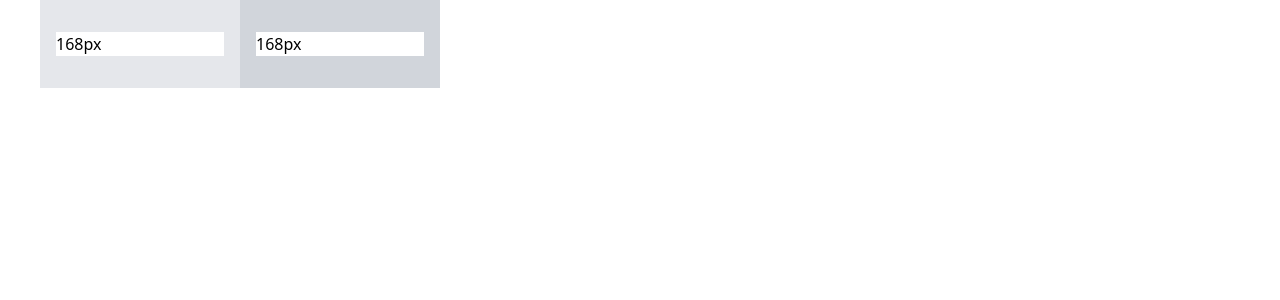
Repository: fabianwurk/vue-tailwind
Page: /
An editor plug-in stored every save of this project. The page is shown before and after the next save, followed by the edit.
The browser window is 1280 px wide. The pictures show the whole page.
The project was rebuilt for these pictures with package versions that can differ from the ones it lists, and the page was loaded fresh each time. Also part of the build but not shown: vite.config.js.

Above is the page before, as saved 2021-03-15 23:03:15.

After the next save:
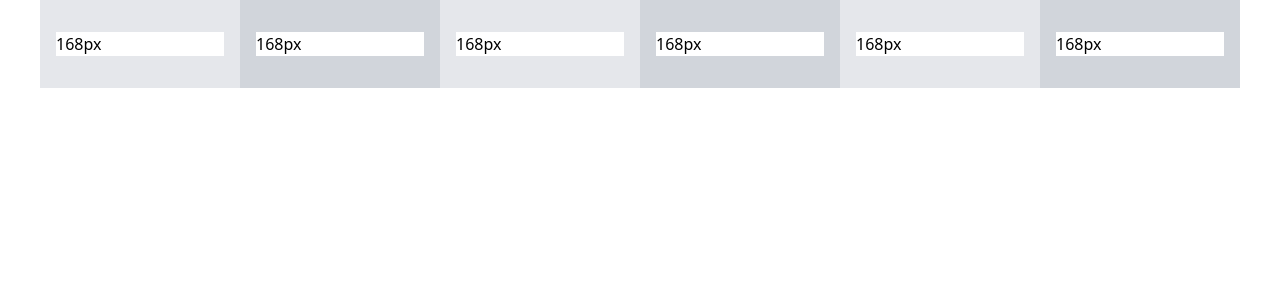
Saved 12 s later.
--- a/src/components/Tail.vue
+++ b/src/components/Tail.vue
@@ -1,6 +1,18 @@
 <template>
   <div class="container mx-auto">
     <div class="flex items-center">
+    <div class="w-1/6 bg-gray-200 py-8 px-4">
+      <span class="bg-white w-full block">168px</span>
+    </div>
+    <div class="w-1/6 bg-gray-300 py-8 px-4">
+      <span class="bg-white w-full block">168px</span>
+    </div>
+    <div class="w-1/6 bg-gray-200 py-8 px-4">
+      <span class="bg-white w-full block">168px</span>
+    </div>
+    <div class="w-1/6 bg-gray-300 py-8 px-4">
+      <span class="bg-white w-full block">168px</span>
+    </div>
     <div class="w-1/6 bg-gray-200 py-8 px-4">
       <span class="bg-white w-full block">168px</span>
     </div>
